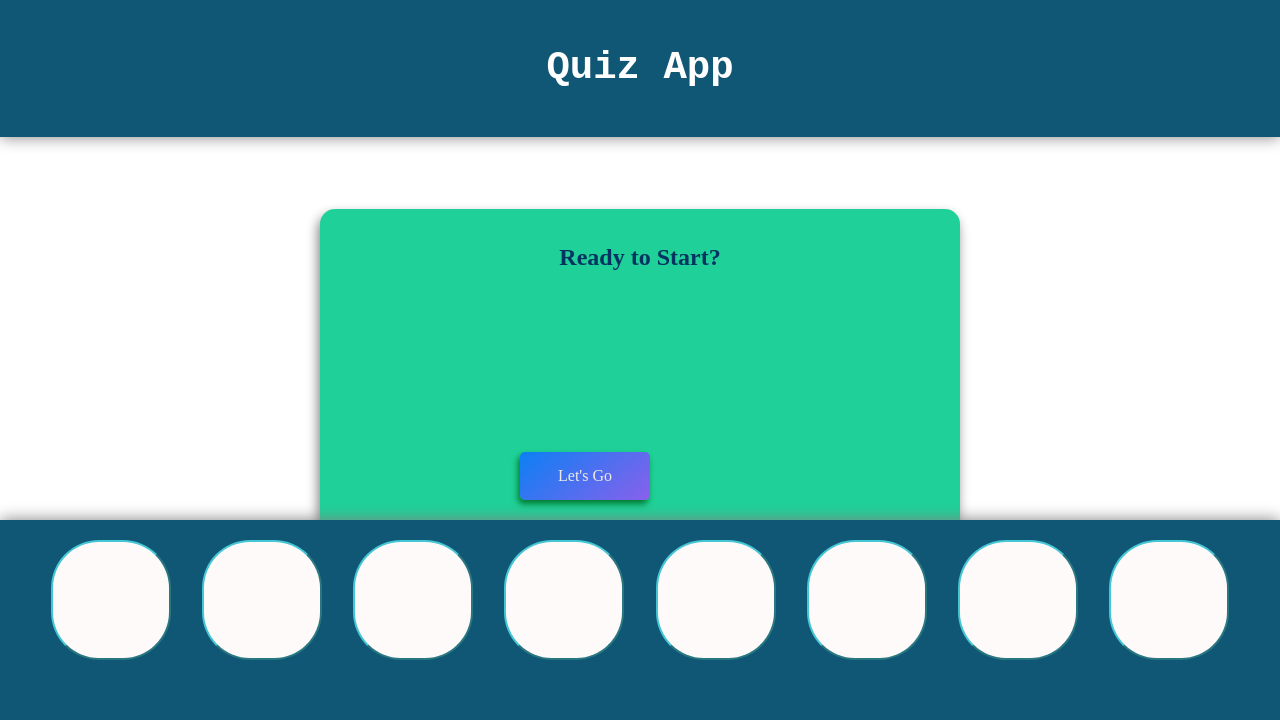
Repository: tpic12/quiz_app
Page: index.html
These files come from the project's save history. The page is drawn as it stood at one moment and after the next save; the edit follows.
The browser window is 1280 px wide. The pictures show the whole page.

Above is the page before, as saved 2019-12-28 12:02:41.

### index.html
<!DOCTYPE html>
<html lang="en">

<head>
  <meta charset="UTF-8">
  <meta name="viewport" content="width=device-width, initial-scale=1.0">
  <meta http-equiv="X-UA-Compatible" content="ie=edge">
  <title>Quiz App</title>
  <link href="https://cdnjs.cloudflare.com/ajax/libs/normalize/8.0.1/normalize.min.css" rel="stylesheet"
    type="text/css" />
  <link href="app.css" rel="stylesheet" type="text/css" />
</head>

<body>
  <header>
    <section class='banner'>
      <h1>Quiz App</h1>
    </section>
  </header>
  <main class='display'>

  </main>
  <footer>
    <section class='counts'>
        <div class='count 0'></div>
        <div class='count 1'></div>
        <div class='count 2'></div>
        <div class='count 3'></div>
        <div class='count 4'></div>
        <div class='count 5'></div>
        <div class='count 6'></div>
        <div class='count 7'></div>
    </section>
  </footer>
  <script src="https://code.jquery.com/jquery-3.4.1.slim.js" crossorigin="anonymous"></script>
  <script src="app.js"></script>
</body>

</html>

### app.css
/* Your styles should be mobile-first and responsive */

/**
  * If you are unclear on how to utilize a mobile-first, responsive technique to write your CSS, here is an example:
  *
  * https://github.com/andreacardybailey/responsive_example/blob/master/styles/responsive-base.css
  *
*/
* {
  box-sizing: border-box;
  margin: 0;
}

.banner h1 {
  font-family: monospace;
  font-size: 3em;
}

.banner,
footer {
  color: white;
  font-family: monospace;
  padding: 20px;
  width: 100%;
  text-align: center;
  background-color: hsl(198, 76%, 26%);
  box-shadow: 0px 0px 15px grey;
  border-bottom: none;
  left: 0;
}

.main_card {
  display: flex;
  flex-flow: column;
  margin: auto;
  margin-top: 10vh;
  max-width: 50vw;
  min-width: 20vw;
  min-height: 40vh;
  text-align: center;
  justify-content: space-evenly;
  align-content: space-around;
  background-color: hsl(161, 74%, 47%);
  border-radius: 15px;
  padding: 20px;
  border: none;
  box-shadow: -2px 6px 12px grey;
}

button {
  margin: 30%;
  margin-bottom: 10%;
  color: hsl(0, 7%, 92%);
  background: linear-gradient(140deg, hsl(210, 91%, 50%), hsl(258, 78%, 65%));
  border: none;
  max-width: 130px;
  min-width: 100px;
  border-radius: 5px;
  padding: 15px;
  box-shadow: -2px 4px 6px hsl(142, 98%, 24%);
}

.mid-card {
  display: flex;
  flex-flow: column wrap;
  margin: auto;
  margin-top: 100px;
  max-width: 400px;
  min-width: 200px;
  text-align: center;
  align-content: center;
  background-color: hsl(161, 74%, 47%);
  border-radius: 15px;
  padding: 20px;
  border: none;
  box-shadow: -2px 6px 12px grey;
}

.main_card h2 {
  margin-top: 15px;
  font-weight: bolder;
  color: hsl(210, 90%, 20%);
}

input {
  margin: 20px 15px 20px 65px;
}

footer {
  position: fixed;
  bottom: 0;
  left: 0;
  height: 200px;
}

.counts {
  display: flex;
  justify-content: space-evenly;
  height: 80%;
}

.count {
  border: 2px outset hsl(186, 63%, 55%);
  font-family: 'Gill Sans', 'Gill Sans MT', Calibri, 'Trebuchet MS', sans-serif;
  border-radius: 40%;
  flex-direction: row;
  width: 120px;
  height: 120px;
  background-color: hsl(0, 100%, 99%);
  padding: 15px;
}

h1 {
  font-family: sans-serif;
}

.green {
  background-color: green !important;
}

.red {
  background-color: red !important;
}

#snackbar {
  visibility: hidden;
  min-width: 350px;
  margin-left: -125px;

  color: #fff;
  text-align: center;
  align-content: flex-end;
  padding: 20px;
  position: fixed;
  z-index: 1;
  left: 50%;
  bottom: 30px;
}

#snackbar.show {
  visibility: visible;
  /-webkit-animation: fadein 0.5s, fadeout 0.5s 2.5s;
  animation: fadein 0.5s, fadeout 0.5s 2.5s;
}

@-webkit-keyframes fadein {
  from {
    bottom: 0;
    opacity: 0;
  }
  to {
    bottom: 30px;
    opacity: 1;
  }
}

@keyframes fadein {
  from {
    bottom: 0;
    opacity: 0;
  }
  to {
    bottom: 30px;
    opacity: 1;
  }
}

@-webkit-keyframes fadeout {
  from {
    bottom: 30px;
    opacity: 1;
  }
  to {
    bottom: 0;
    opacity: 0;
  }
}

@keyframes fadeout {
  from {
    bottom: 30px;
    opacity: 1;
  }
  to {
    bottom: 0;
    opacity: 0;
  }
}

### app.js
/**
 * Example store structure
 */
'use strict';

const STORE = {
  // 5 or more questions are required
  questions: [
    {
      question: 'How many items in a bakers dozen??',
      answers: ['11', '12', '13', '3'],
      correctAnswer: '13'
    },
    {
      question: 'What month is Oktoberfest held?',
      answers: ['September', 'October', 'Every Month', 'August'],
      correctAnswer: 'September'
    },
    {
      question: 'What color is an Orange Blossom?',
      answers: ['Red', 'Orange', 'Pink', 'White'],
      correctAnswer: 'White'
    },
    {
      question: 'Where did the Panama Hat originate?',
      answers: ['Ecuador', 'Panama', 'China', 'Cuba'],
      correctAnswer: 'Ecuador'
    },
    {
      question: 'What are toy marbles made from?',
      answers: ['Plastic', 'Quartz', 'Diamond', 'Glass'],
      correctAnswer: 'Glass'
    },
    {
      question: 'How many gallons are in a ten-gallon hat?',
      answers: [
        'Half a Gallon',
        'Ten-Gallons',
        'Three-Fourths of a Gallon',
        'Give-Gallon'
      ],
      correctAnswer: 'Three-Fourths of a Gallon'
    },
    {
      question: 'What is the biggest animal to ever live?',
      answers: ['Mammoth', 'T-Rex', 'Blue Whale', 'Brontosaurus'],
      correctAnswer: 'Blue Whale'
    },
    {
      question: 'Where is the red-bellied woodpecker predominately red?',
      answers: ['Head', 'Wings', 'Feet', 'Belly'],
      correctAnswer: 'Head'
    }
  ],
  questionNumber: 0,
  score: 0,
  quizStart: false
};

/**
 *
 * Your app should include a render() function, that regenerates
 * the view each time the store is updated. See your course
 * material, consult your instructor, and reference the slides
 * for more details.
 *
 * NO additional HTML elements should be added to the index.html file.
 *
 * You may add attributes (classes, ids, etc) to the existing HTML elements, or link stylesheets or additional scripts if necessary
 *
 */

/**
 * This function renders the quiz after you start, ...
 * answer a question, or restart the quiz
 */
function renderStartQuiz() {
  const mainCard = `<section class="main_card">
      <h2>Ready to Start?</h2>
      <button type='submit' id='start_quiz'>Let's Go</button>
    </section>`;

  $('.display').html(mainCard);

  $('.display').on('click', '#start_quiz', function(event) {
    event.preventDefault();
    STORE.quizStart = true;
    $('.main_card')
      .children()
      .remove();
    handleQuiz();
  });
}
/**
 * renders question one at a time depending on question number
 */
function renderQuestion() {
  if (
    STORE.questionNumber === STORE.questions.length &&
    STORE.questionNumber > 1
  ) {
    renderResults();
  } else {
    const qCard = `<h2>${STORE.questions[STORE.questionNumber].question}</h2>
    <form id="qForm">
        <input type='radio' name='answer' id='q1' value="${
          STORE.questions[STORE.questionNumber].answers[0]
        }"/><label for='q1' id='0'>${
      STORE.questions[STORE.questionNumber].answers[0]
    }</label>
        <input type='radio' name='answer' id='q2' value="${
          STORE.questions[STORE.questionNumber].answers[1]
        }"/><label for='q2' id='1'>${
      STORE.questions[STORE.questionNumber].answers[1]
    }</label><br>
        <input type='radio' name='answer' id='q3' value="${
          STORE.questions[STORE.questionNumber].answers[2]
        }"/><label for='q3' id='2'>${
      STORE.questions[STORE.questionNumber].answers[2]
    }</label>
        <input type='radio' name='answer' id='q4' value="${
          STORE.questions[STORE.questionNumber].answers[3]
        }"/><label for='q4' id='3'>${
      STORE.questions[STORE.questionNumber].answers[3]
    }</label><br>
    </form>
    <button type='submit' id='submit_answer'>Final Answer</button>`;

    $('.main_card').html(qCard);
    $('input:checked').on('su');
    $('.main_card').on('click', '#submit_answer', function(event) {
      event.preventDefault();
      checkAnswer();
      //original next question spot

      $('.main_card')
        .children()
        .remove();

      handleQuiz();
    });
  }
}
/**
 * renders results page

 */

function generateResults(finalScore, numberOfQuestions) {
  return `<h2>You scored ${finalScore} out of ${numberOfQuestions}!</h2><button id='restart'>Restart Quiz</button>`;
}

/* Render results element with button that restarts the quiz*/
function renderResults() {
  let score = STORE.score;
  let num = STORE.questionNumber;

  $('.main_card').html(generateResults(score, num));
  $('#restart').click(function(event) {
    event.preventDefault();
    console.log('Restarting Quiz');

    STORE.questionNumber = 0;
    STORE.score = 0;
    $('.count')
      .removeClass('snackbar')
      .removeClass('red')
      .removeClass('green')
      .removeClass('show');
    renderStartQuiz();
  });
}

/**
 * this function checks the correctnes of the answer
 */
function checkAnswer() {
  let form = document.getElementById('qForm');
  let ans = form['answer'];
  for (let i = 0; i < ans.length; i++) {
    //is a button checked
    if (ans[i].checked) {
      //compare value of ans[i] to correct answer
      if (
        ans[i].value === STORE.questions[STORE.questionNumber].correctAnswer
      ) {
        scoreKeeper(true);
      } else {
        scoreKeeper(false);
      }
    }
  }
}

function generateAnswerSnackbar(questionAnswer) {
  return `<div class=.${STORE.questionNumber}>
              <p>Sorry, the correct answer is ${questionAnswer}</p>
          </div>`;
}

function scoreKeeper(bool) {
  if (bool === true) {
    console.log('plus 1 point');
    STORE.score++;
    $(`.${STORE.questionNumber}`)
      .addClass('green')
      .addClass('snackbar')
      .html(`<p>Correct!</p>`);
    $('section.main_card');
    console.log('next q!');
    STORE.questionNumber++;
  }
  if (bool === false) {
    console.log('no points for you');
    $(`.${STORE.questionNumber}`)
      .addClass('red')
      .addClass('snackbar')
      .html(
        generateAnswerSnackbar(
          STORE.questions[STORE.questionNumber].correctAnswer
        )
      );
    console.log('next q!');
    STORE.questionNumber++;
  }
}

function handleQuiz() {
  if (STORE.quizStart === false) {
    renderStartQuiz();
  } else {
    renderQuestion();
  }
}

$(handleQuiz);

After the next save:
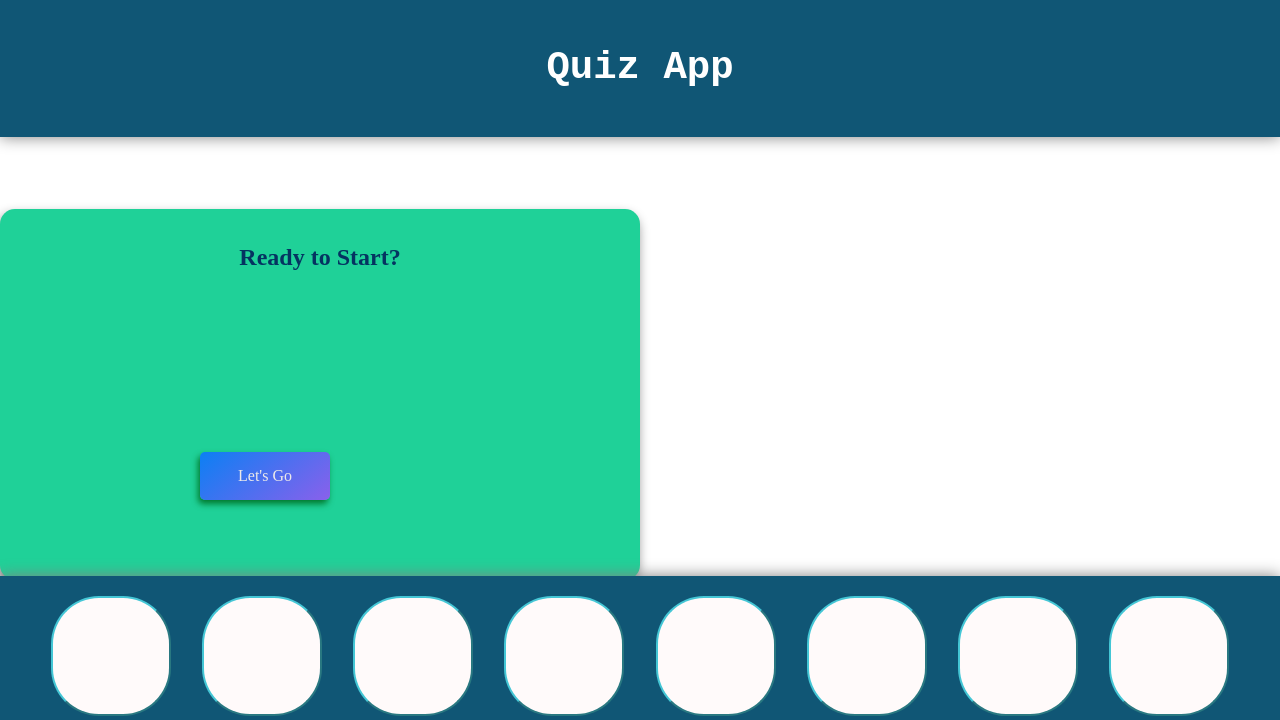
Saved 2 min 20 s later.
--- a/app.css
+++ b/app.css
@@ -32,7 +32,7 @@ footer {
 .main_card {
   display: flex;
   flex-flow: column;
-  margin: auto;
+  cmargin: auto;
   margin-top: 10vh;
   max-width: 50vw;
   min-width: 20vw;
@@ -90,7 +90,7 @@ footer {
   position: fixed;
   bottom: 0;
   left: 0;
-  height: 200px;
+  height: 20vh;
 }
 
 .counts {
